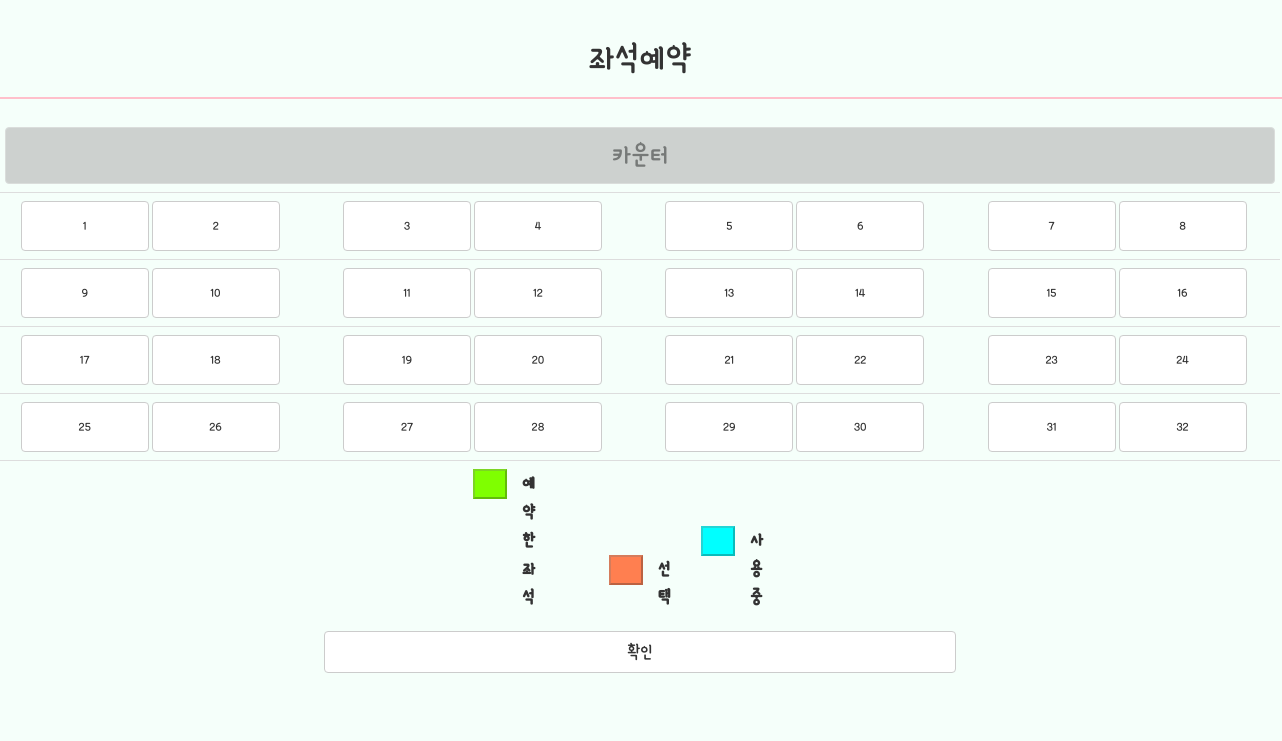
Repository: khm2034/cafe-system
Page: http://localhost/jspwebserver/WEB-INF/views/seat.jsp
The author's editor kept a copy of each file at every save. The page is drawn from the files as they stood at one save, then again after the next save.
The browser window is 1280 px wide. The page is 1282 px wide, so the pictures cover 1282 px, including what lies to the right of the window. The pictures show the whole page.
Some web libraries are served in a nearby version. The page is served by Tomcat 9. Nobody is signed in. The template is opened directly, without the code that normally fills it, so the values that code supplies are empty.

Above is the page before, as saved 2017-12-16 17:24:37.

After the next save:
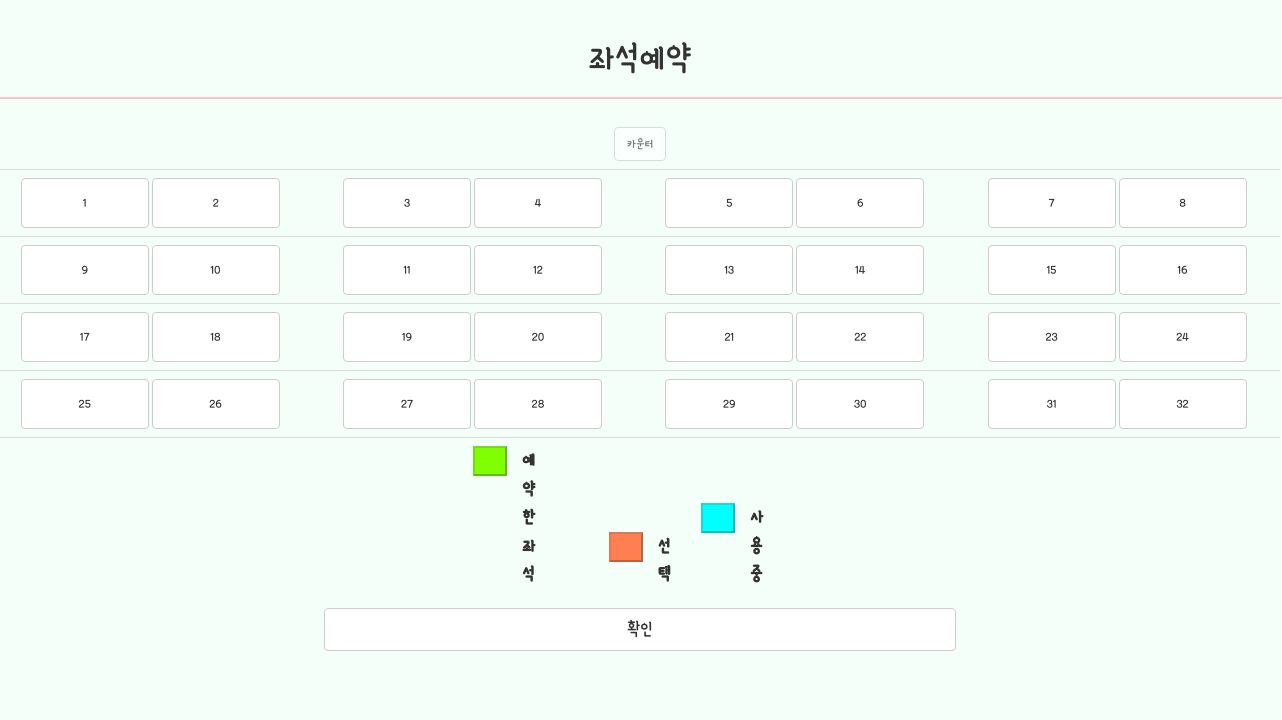
Saved 33 s later.
--- a/jsp/jspwebserver/src/main/webapp/resources/css/custom.css
+++ b/jsp/jspwebserver/src/main/webapp/resources/css/custom.css
@@ -146,13 +146,13 @@ input[type="date"]{
   padding-right: 150px !important;
 }
 
-.counter > button{
+.counter > btn{
   width: 100%;
   font-size: 30px;
   background-color: #b9b9b9 !important;
 }
 
-.counter > btn{
+.counter > userBtn{
   width: 100%;
   font-size: 30px;
   background-color: #e1fddd !important;
